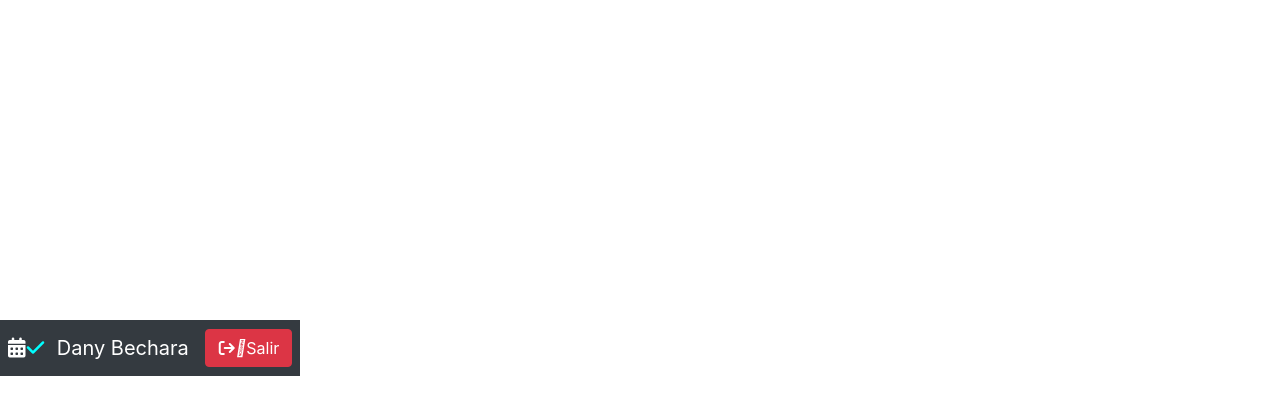
Repository: bechara611/calendar-frontend
Page: /
An editor plug-in stored every save of this project. The page is shown before and after the next save, followed by the edit.
The browser window is 1280 px wide. The pictures show the whole page.
The project was rebuilt for these pictures with package versions that can differ from the ones it lists, and the page was loaded fresh each time. Also part of the build but not shown: vite.config.js. Imported but missing from the stored project, and not drawn on this page: src/auth.

Above is the page before, as saved 2023-01-04 14:18:06.

After the next save:
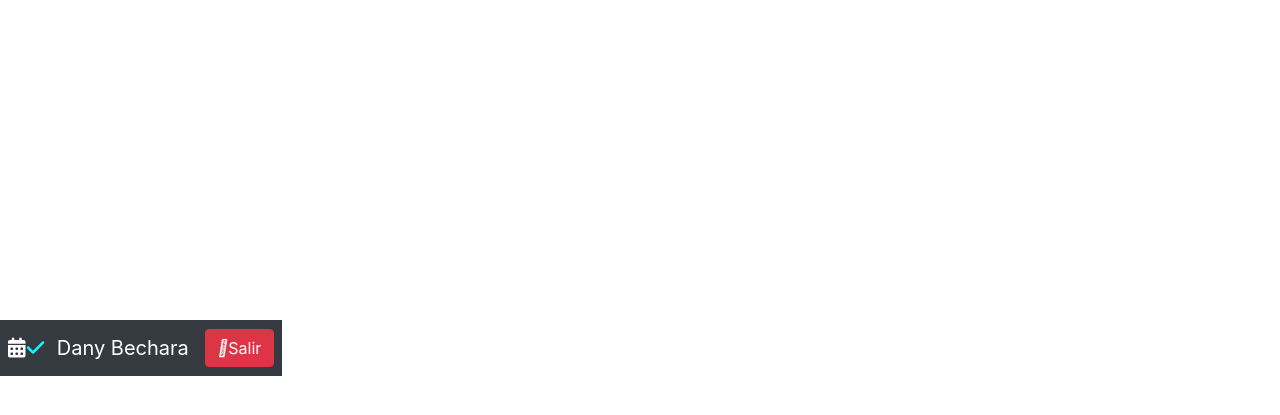
Saved 13 s later.
--- a/src/calendar/components/NavBar.jsx
+++ b/src/calendar/components/NavBar.jsx
@@ -11,7 +11,7 @@ export const NavBar = () => {
     Dany Bechara
     </span>
     <button className='btn btn-danger '>
-    <i className='fas fa-sign-out'></i>
+
     <i className="fa-light fa-arrow-right-from-bracket"></i>
     <span>Salir</span>
     </button>
